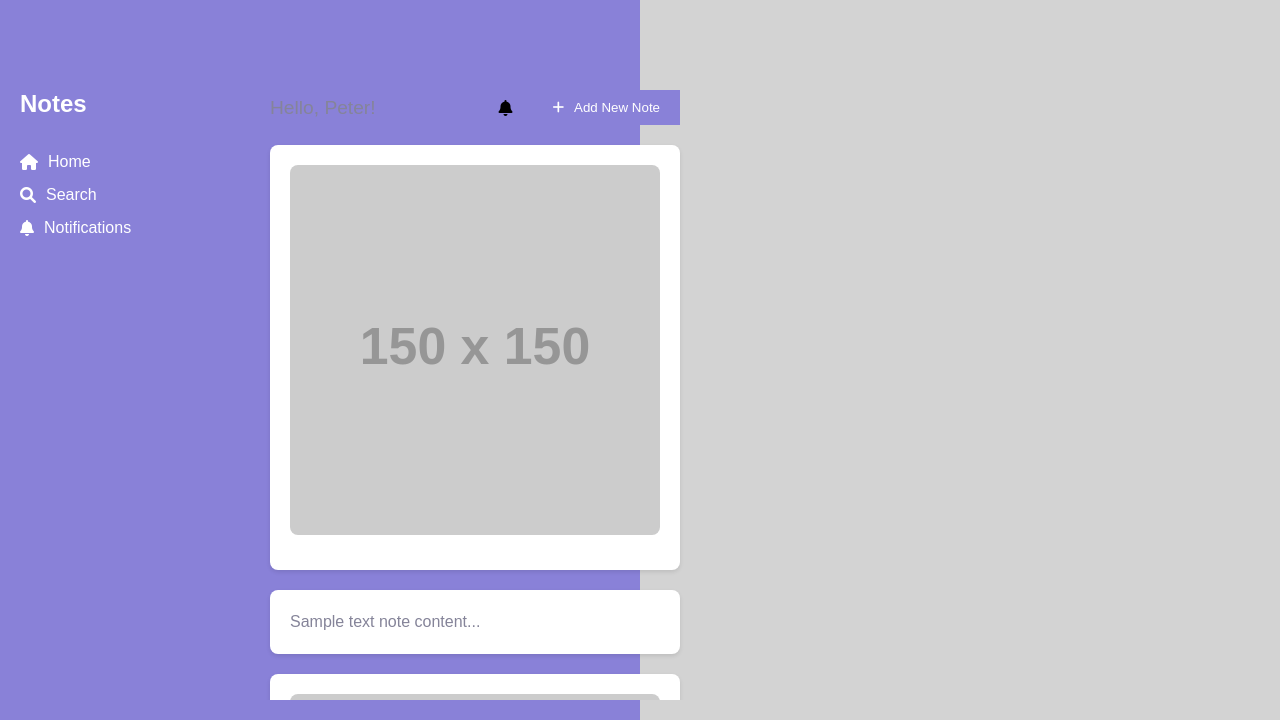
Repository: SatenikGabrielyan/HTML_CSS-_Assignment
Page: index.html
These files come from the project's save history. The page is drawn as it stood at one moment and after the next save; the edit follows.
The browser window is 1280 px wide. The pictures show the whole page.
An inner scrolling area shows only its first screen.

Above is the page before, as saved 2025-03-17 00:31:05.

After the next save:
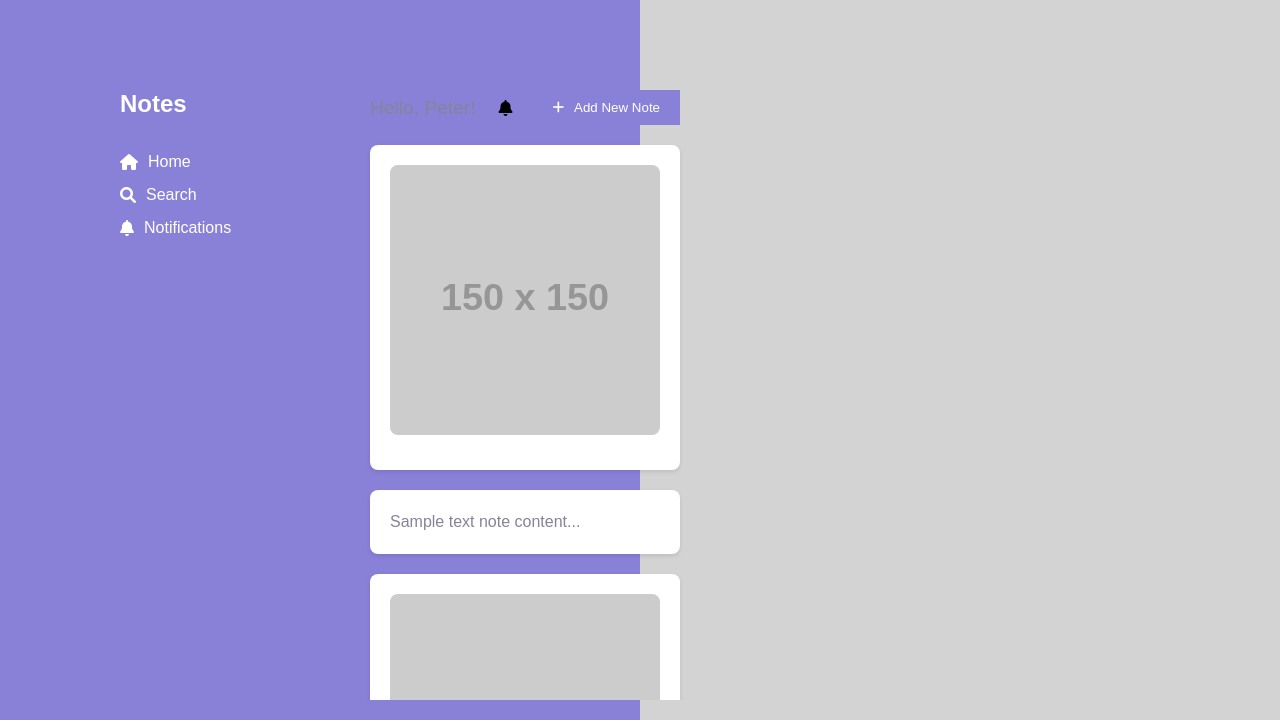
Saved 8 s later.
--- a/style.css
+++ b/style.css
@@ -47,7 +47,7 @@
     height: 700px;
     padding-top: 70px;
     padding-right: 100px;
-    padding-left: ;
+    padding-left: 100px;
     box-shadow: 10px lightgray;
 
     /* background: center; */
